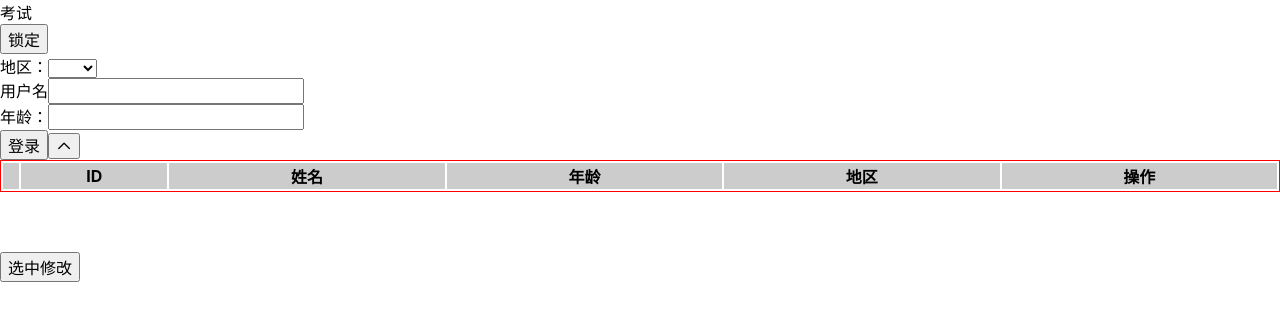
Repository: Sjl-2114/2006z
Page: / (app in A卷/vue-kaoshi/)
The author's editor kept a copy of each file at every save. The page is drawn from the files as they stood at one save, then again after a run of saves.
The browser window is 1280 px wide. The pictures show the whole page.
The project was rebuilt for these pictures with package versions that can differ from the ones it lists, and the page was loaded fresh each time.

Above is the page before, as saved 2021-04-28 17:11:29.

After the next 3 saves:
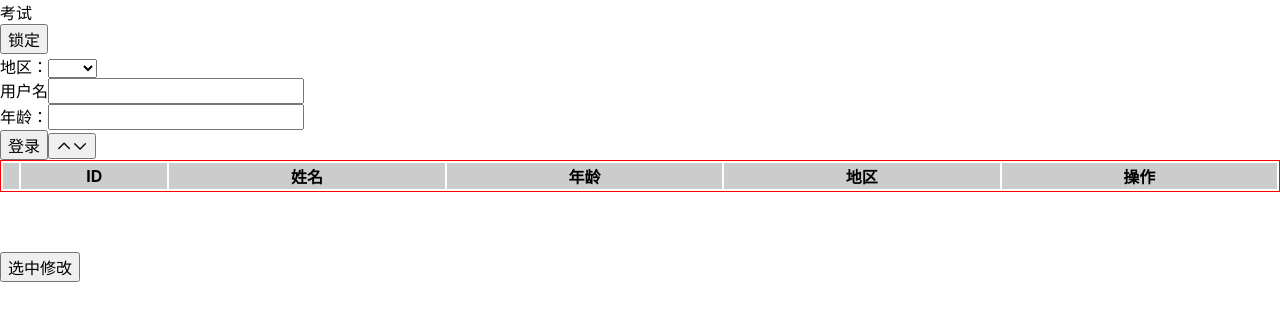
The 3 saves are shown as one change because they came seconds apart.
The last was saved 7 s later.
--- a/A卷/vue-kaoshi/src/App.vue
+++ b/A卷/vue-kaoshi/src/App.vue
@@ -26,7 +26,7 @@
     <button v-else @click="xiu" :disabled="isT">修改</button>
     <button @click="pai">
           <van-icon name="arrow-up"></van-icon>
-          <van-icon name="auprrow-"></van-icon>
+          <van-icon name="arrow-down" ></van-icon>
     </button>
     <br />
     <table style="width: 100%" class="table">

After the 4 saves that followed:
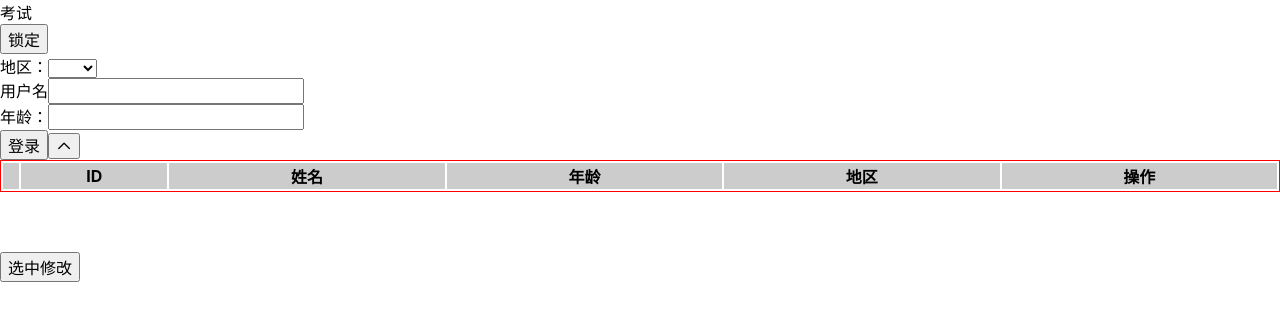
The 4 saves are shown as one change because 1 left the picture as it was and some came seconds apart.
The last was saved 16 s later.
--- a/A卷/vue-kaoshi/src/App.vue
+++ b/A卷/vue-kaoshi/src/App.vue
@@ -25,8 +25,8 @@
     <button @click="abb" v-if="isShow" :disabled="isT">登录</button>
     <button v-else @click="xiu" :disabled="isT">修改</button>
     <button @click="pai">
-          <van-icon name="arrow-up"></van-icon>
-          <van-icon name="arrow-down" ></van-icon>
+          <van-icon name="arrow-up" v-if="is=1"></van-icon>
+          <van-icon name="arrow-down" v-else></van-icon>
     </button>
     <br />
     <table style="width: 100%" class="table">
